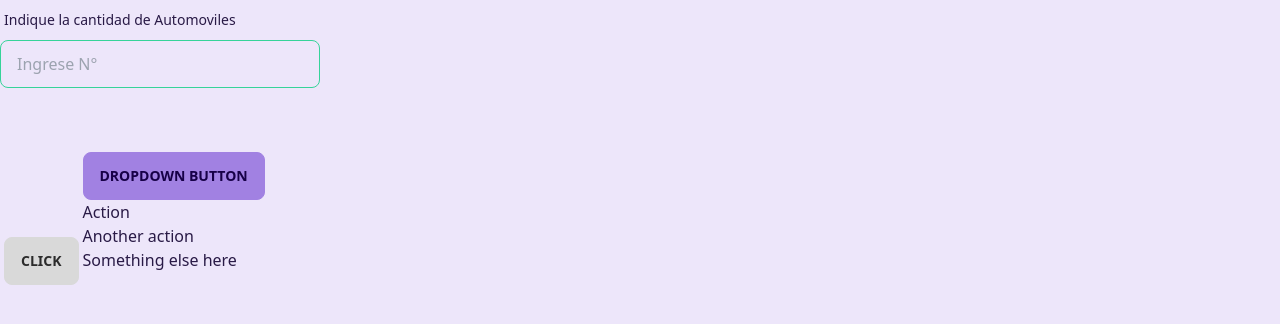
Repository: Claudioxs/Tarea2
Page: /automovil (app in FrontEnd/vue-project/)
The author's editor kept a copy of each file at every save. The page is drawn from the files as they stood at one save, then again after the next save.
The browser window is 1280 px wide. The pictures show the whole page.
The project was rebuilt for these pictures with package versions that can differ from the ones it lists, and the page was loaded fresh each time. Also part of the build but not shown: FrontEnd/vue-project/vite.config.js, FrontEnd/vue-project/src/components/HelloWorld.vue.

Above is the page before, as saved 2023-05-21 22:01:44.

### FrontEnd/vue-project/src/main.js


import { createApp } from 'vue'
import App from './App.vue'
import router from './router'
import './assets/main.css'

const app = createApp(App)

app.use(router)

app.mount('#app')

### FrontEnd/vue-project/src/App.vue
<script setup>
import { RouterLink, RouterView } from 'vue-router'
import HelloWorld from './components/HelloWorld.vue'
</script>

<template>

  <RouterView />
</template>

<style scoped>

</style>

### FrontEnd/vue-project/src/router/index.js
import { createRouter, createWebHistory } from 'vue-router'

import Automovil from '../views/Automovil.vue'

const router = createRouter({
  history: createWebHistory(import.meta.env.BASE_URL),
  routes: [

    {
      path: '/automovil',
      name: 'automovil',
      component: Automovil
    }
  ]
})

export default router

### FrontEnd/vue-project/src/views/Automovil.vue
<template>
    <head>
        <title>Page Title</title>
    </head>



<div class="form-control w-full max-w-xs">
  <label class="label">
    <span class="label-text">Indique la cantidad de Automoviles </span> <br>

  </label>
  <input type="number" placeholder="Ingrese N°" class="input input-bordered input-success w-full max-w-xs" />

  <label class="label">

  </label>
</div>
<br> <br>

<div class="dropdown dropdown-left">
  <label tabindex="0" class="btn m-1">Click</label>
  <ul tabindex="0" class="dropdown-content menu p-2 shadow bg-base-100 rounded-box w-52">
    <li><a>Item 1</a></li>
    <li><a>Item 2</a></li>
  </ul>
</div>
<div class="dropdown">
  <button class="btn btn-secondary dropdown-toggle" type="button" data-bs-toggle="dropdown" aria-expanded="false">
    Dropdown button
  </button>
  <ul class="dropdown-menu">
    <li><a class="dropdown-item" href="#">Action</a></li>
    <li><a class="dropdown-item" href="#">Another action</a></li>
    <li><a class="dropdown-item" href="#">Something else here</a></li>
  </ul>
</div>



</template>

### FrontEnd/vue-project/tailwind.config.js
/** @type {import('tailwindcss').Config} */
module.exports = {
  daisyui: {
    themes: [
      {
        mytheme: {

            "primary": "#1D0027",

            "secondary": "#A181E2",

            "accent": "#37CDBE",

            "neutral": "#D9D9D9",

            "base-100": "#EDE6FA",

            "info": "#3ABFF8",

            "success": "#36D399",

            "warning": "#FBBD23",

            "error": "#F87272",
        },
      },
    ],
  },
  content: ["./index.html","./src/**/*.{vue,js,ts,jsx,tsx}"],
  theme: {
    extend: {},
  },
  plugins: [require("daisyui")],
}

Loaded but not shown: FrontEnd/vue-project/index.html (common file); FrontEnd/vue-project/src/assets/main.css (common file)

After the next save:
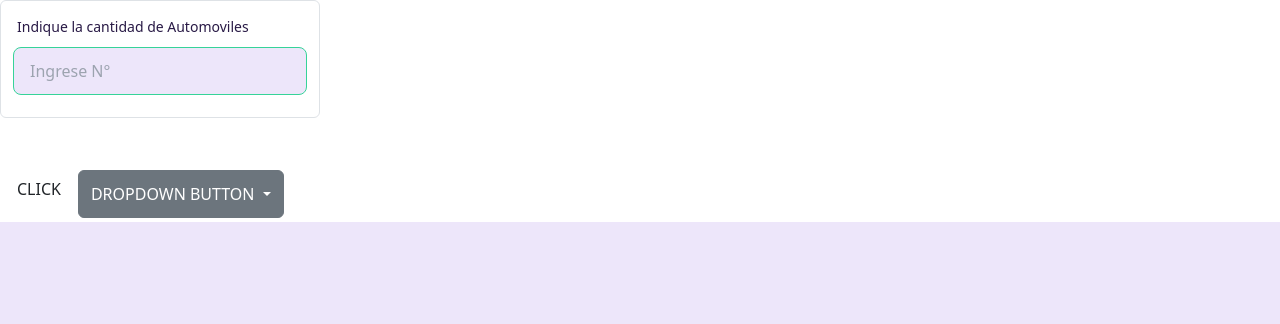
Saved 3 min 25 s later.
--- a/FrontEnd/vue-project/src/main.js
+++ b/FrontEnd/vue-project/src/main.js
@@ -4,9 +4,11 @@ import { createApp } from 'vue'
 import App from './App.vue'
 import router from './router'
 import './assets/main.css'
+import 'bootstrap/dist/css/bootstrap.css'
+import bootstrap from 'bootstrap/dist/js/bootstrap.bundle.js'
 
 const app = createApp(App)
 
-app.use(router)
+app.use(router,bootstrap)
 
 app.mount('#app')
